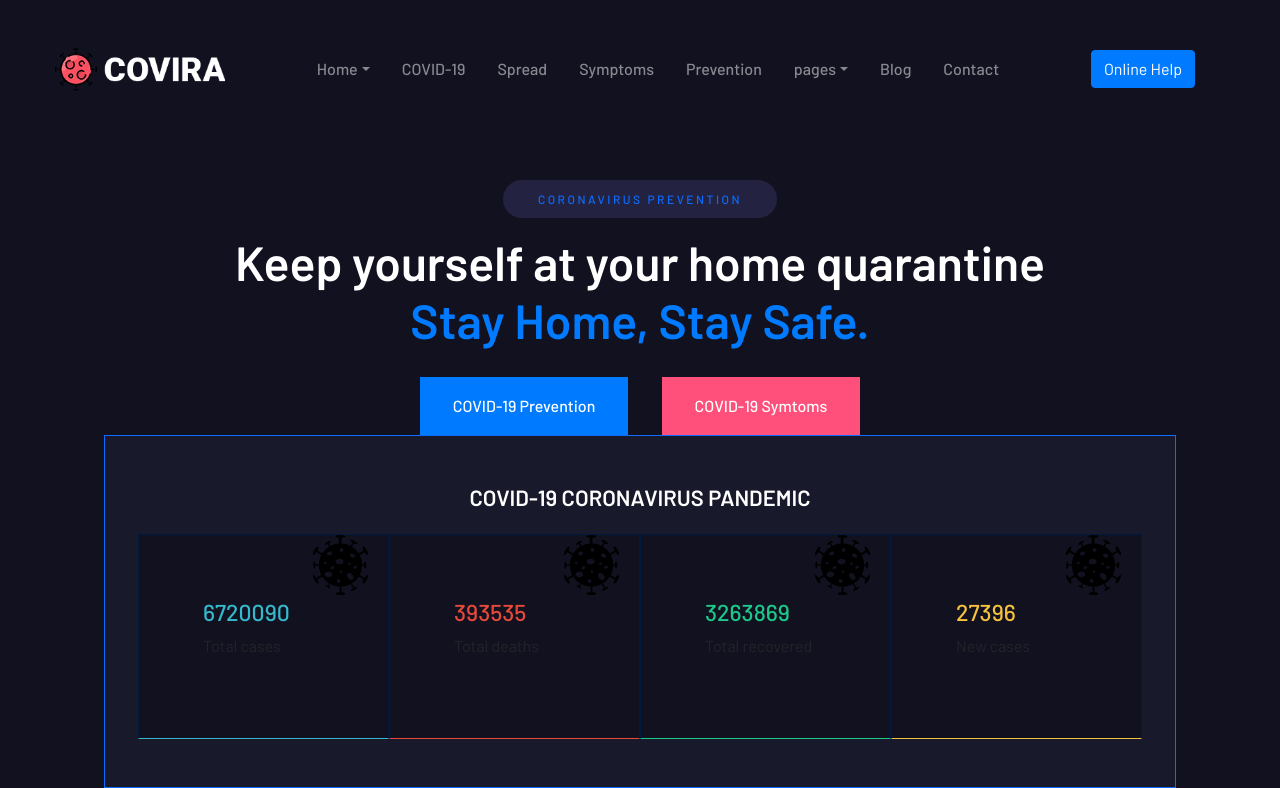
Repository: sitikhusushan/corona_updates
Page: index.html
The author's editor kept a copy of each file at every save. The page is drawn from the files as they stood at one save, then again after the next save.
The browser window is 1280 px wide. The pictures show the whole page.

Above is the page before, as saved 2020-06-06 02:03:39.

After the next save:
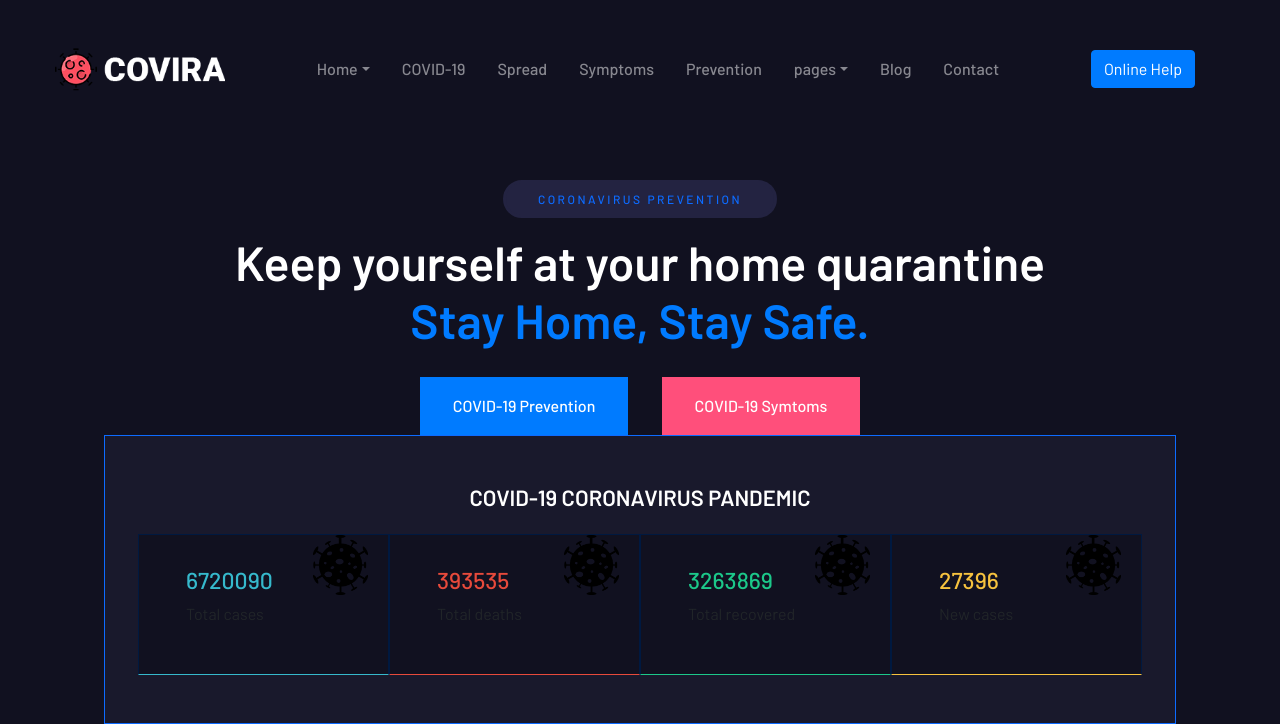
Saved 20 s later.
--- a/style.css
+++ b/style.css
@@ -146,7 +146,7 @@ h3 {
 }
 
 .dashboard .status {
-  padding: 32px;
+  padding: 0px 15px;
 }
 
 .dashboard .status.status-info {
